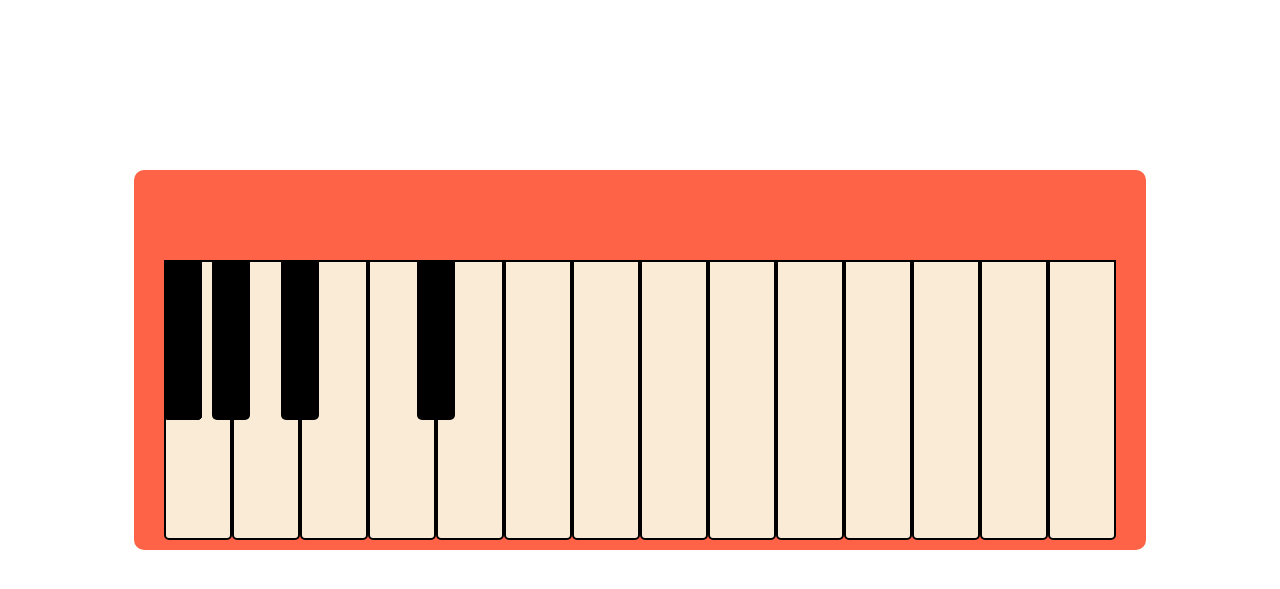
Repository: aishakapan/piano
Page: index.html
The author's editor kept a copy of each file at every save. The page is drawn from the files as they stood at one save, then again after the next save.
The browser window is 1280 px wide. The pictures show the whole page.

Above is the page before, as saved 2022-09-03 20:28:09.

After the next save:
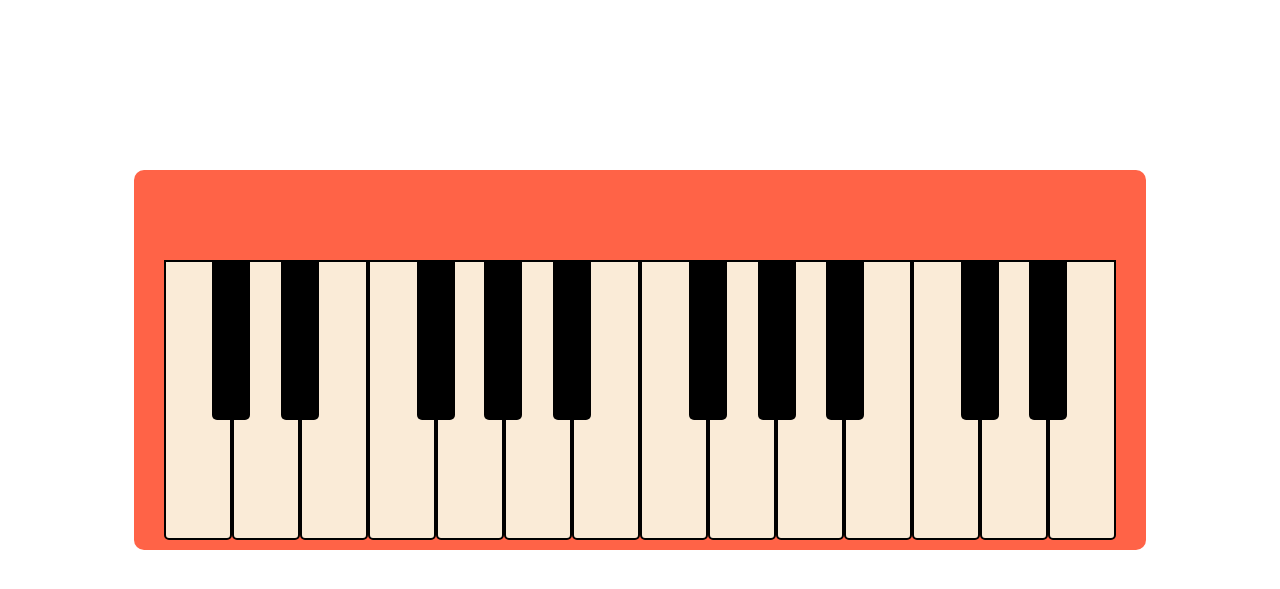
Saved 3 min 13 s later.
--- a/styles.css
+++ b/styles.css
@@ -57,3 +57,31 @@ body {
 .black-key:nth-child(3) {
     left: 253px;
 }
+
+.black-key:nth-child(4) {
+    left: 320px;
+}
+
+.black-key:nth-child(5) {
+    left: 389px;
+}
+
+.black-key:nth-child(6) {
+    left: 525px;
+}
+
+.black-key:nth-child(7) {
+    left: 594px;
+}
+
+.black-key:nth-child(8) {
+    left: 662px;
+}
+
+.black-key:nth-child(9) {
+    left: 797px;
+}
+
+.black-key:nth-child(10) {
+    left: 865px;
+}
